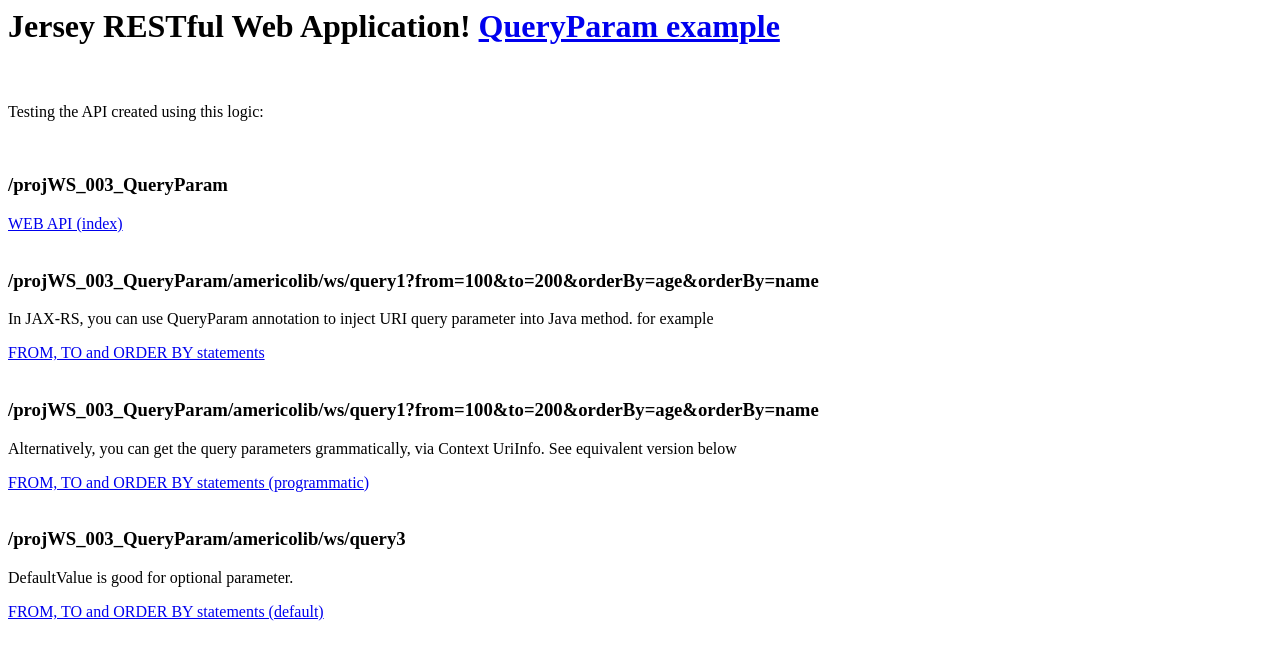
Repository: atafs/BackEnd_JAX-RS_REST_2continue
Page: http://localhost/projWS_003_QueryParam/
An editor plug-in stored every save of this project. The page is shown before and after the next save, followed by the edit.
The browser window is 1280 px wide. The pictures show the whole page.
The page is served by Tomcat 9. Other server files are loaded and not shown.

Above is the page before, as saved 2016-05-02 10:17:15.

### projWS_003_QueryParam/src/main/webapp/index.jsp
<html>
<body>
    <!-- TITLE -->
	<h1>Jersey RESTful Web Application!	<a href="http://www.mkyong.com/webservices/jax-rs/jax-rs-queryparam-example/">QueryParam example</a><br/><br/>	</h1>


	<!-- TXT -->
	<p>Testing the API created using this logic:</p><br/>

	<!-- LINKS -->
	<h3>/projWS_003_QueryParam</h3>
	<a href="http://localhost:8085/projWS_003_QueryParam/">WEB API (index)</a><br/><br/>

	<h3>/projWS_003_QueryParam/americolib/ws/query1?from=100&to=200&orderBy=age&orderBy=name</h3>
	<p>In JAX-RS, you can use QueryParam annotation to inject URI query parameter into Java method. for example</p>
	<a href="http://localhost:8085/projWS_003_QueryParam/americolib/ws/query1?from=100&to=200&orderBy=age&orderBy=name">FROM, TO and ORDER BY statements</a><br/><br/>

	<h3>/projWS_003_QueryParam/americolib/ws/query1?from=100&to=200&orderBy=age&orderBy=name</h3>
	<p>Alternatively, you can get the query parameters grammatically, via Context UriInfo. See equivalent version below</p>
	<a href="http://localhost:8085/projWS_003_QueryParam/americolib/ws/query2?from=100&to=200&orderBy=age&orderBy=name">FROM, TO and ORDER BY statements (programmatic)</a><br/><br/>

	<h3>/projWS_003_QueryParam/americolib/ws/query3</h3>
	<p>DefaultValue is good for optional parameter.</p>
	<a href="http://localhost:8085/projWS_003_QueryParam/americolib/ws/query3">FROM, TO and ORDER BY statements (default)</a><br/><br/>




</body>
</html>

After the next save:
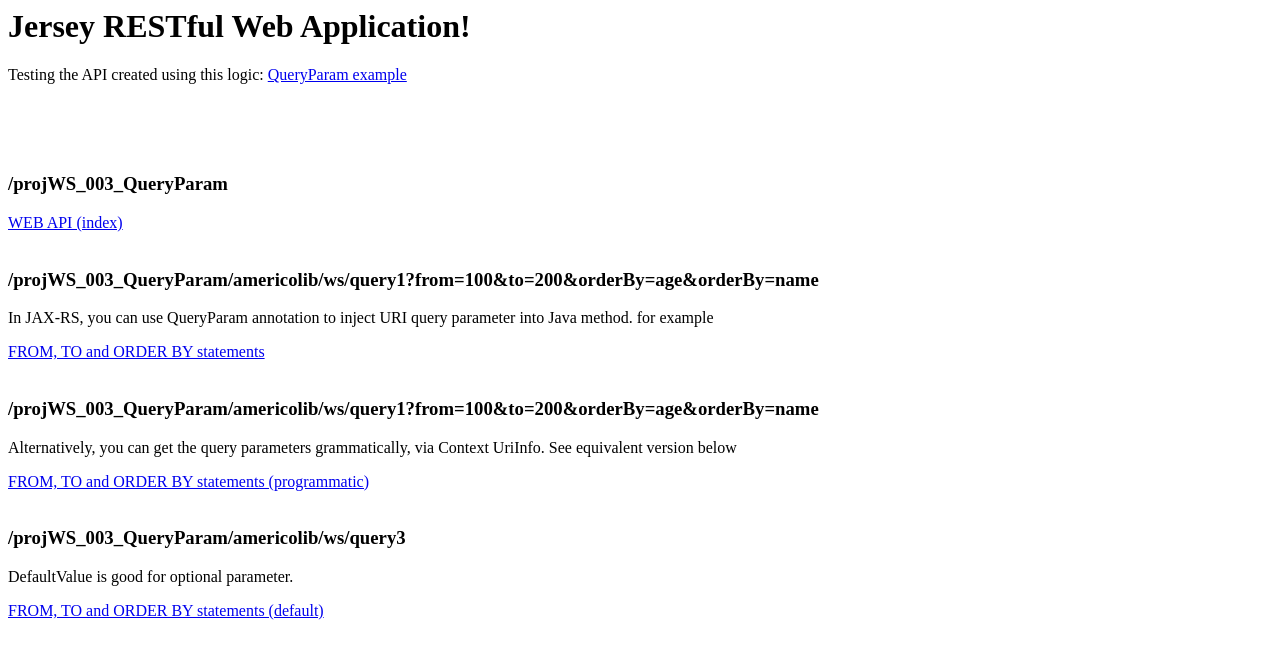
Saved 51 s later.
--- a/projWS_003_QueryParam/src/main/webapp/index.jsp
+++ b/projWS_003_QueryParam/src/main/webapp/index.jsp
@@ -1,11 +1,12 @@
 <html>
 <body>
     <!-- TITLE -->
-	<h1>Jersey RESTful Web Application!	<a href="http://www.mkyong.com/webservices/jax-rs/jax-rs-queryparam-example/">QueryParam example</a><br/><br/>	</h1>
+	<h1>Jersey RESTful Web Application!</h1>
 
 
 	<!-- TXT -->
-	<p>Testing the API created using this logic:</p><br/>
+	<p>Testing the API created using this logic: <a href="http://www.mkyong.com/webservices/jax-rs/jax-rs-queryparam-example/">QueryParam example</a></p><br/>
+	<br/><br/>
 
 	<!-- LINKS -->
 	<h3>/projWS_003_QueryParam</h3>
